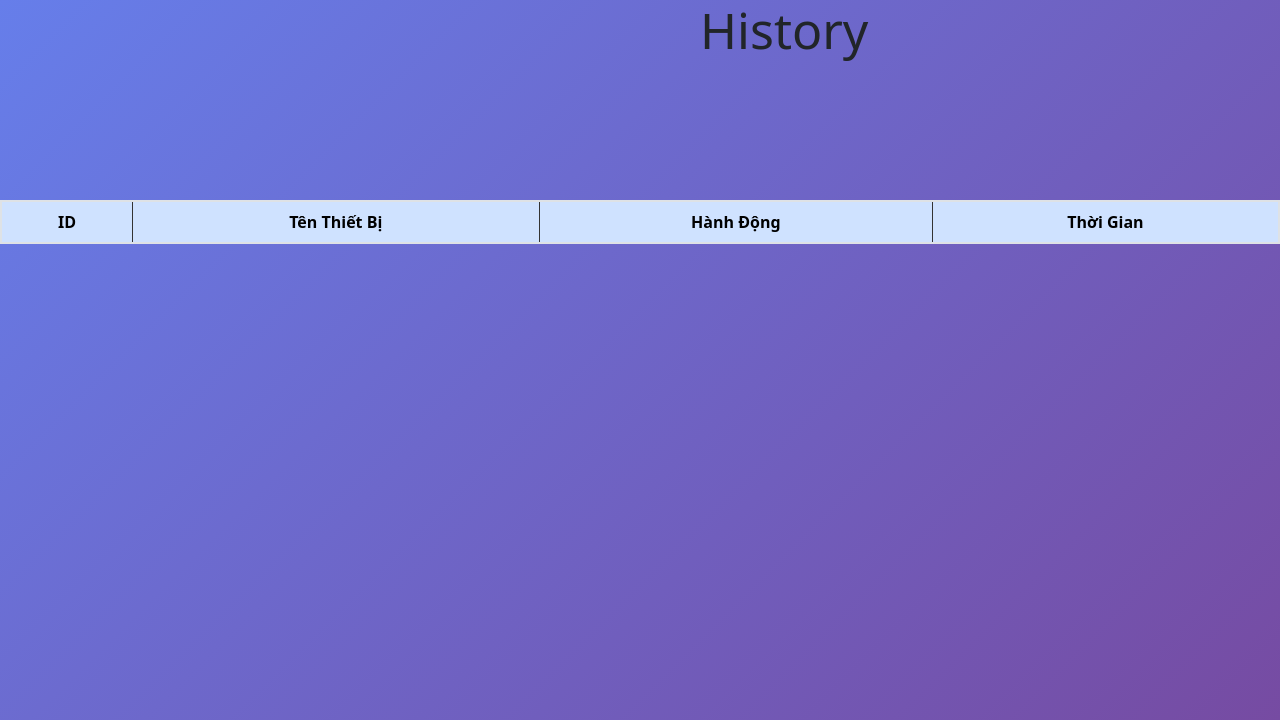
Repository: ndmq03102002/BTL_IOT
Page: Fontend_IOT/iot/history.html
These files come from the project's save history. The page is drawn as it stood at one moment and after the next save; the edit follows.
The browser window is 1280 px wide. The pictures show the whole page.

Above is the page before, as saved 2023-09-08 00:15:14.

After the next save:
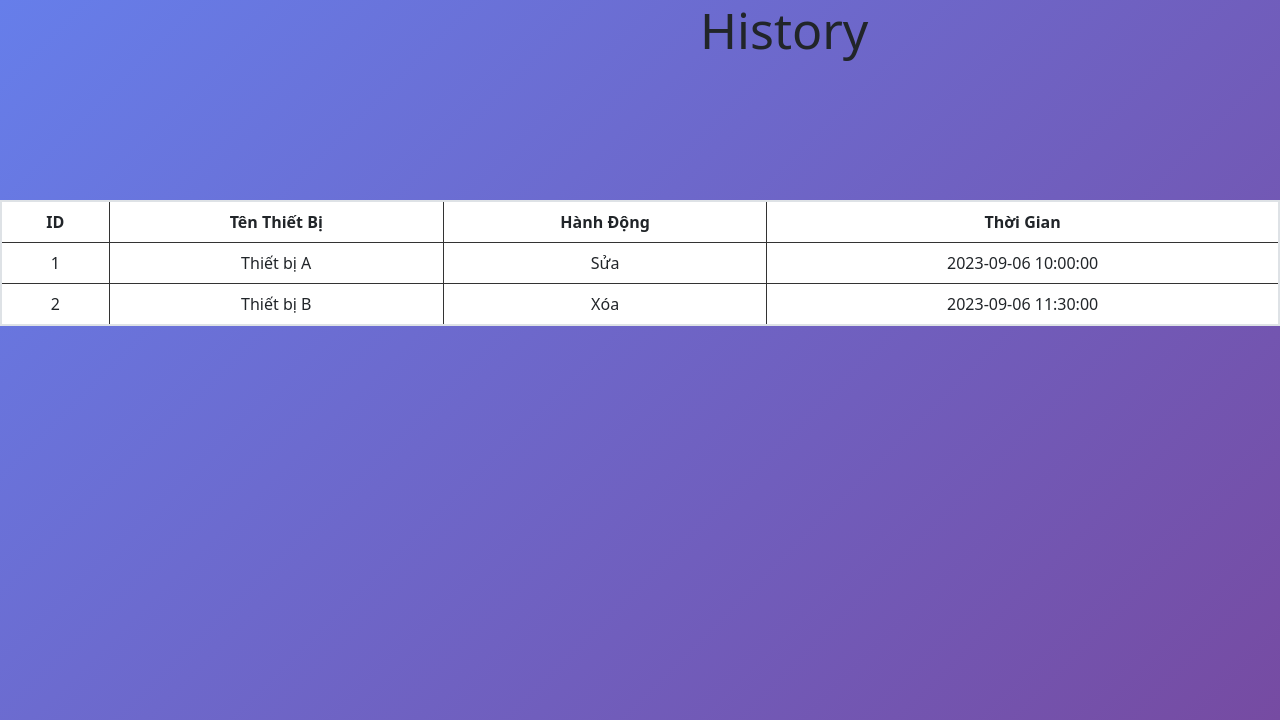
Saved 56 s later.
--- a/Fontend_IOT/iot/history.html
+++ b/Fontend_IOT/iot/history.html
@@ -45,17 +45,28 @@
     <h1 style="margin-left: 700px; font-size: 50px">History</h1>
 
     <table class="table table-hover">
-      <thead class="table-primary">
+      <thead>
         <tr>
-          <th>ID</th>
-          <th>Tên Thiết Bị</th>
-          <th>Hành Động</th>
-          <th>Thời Gian</th>
+            <th>ID</th>
+            <th>Tên Thiết Bị</th>
+            <th>Hành Động</th>
+            <th>Thời Gian</th>
         </tr>
-      </thead>
-      <tbody>
-        <!-- data from database -->
-      </tbody>
+    </thead>
+    <tbody>
+        <tr>
+            <td>1</td>
+            <td>Thiết bị A</td>
+            <td>Sửa</td>
+            <td>2023-09-06 10:00:00</td>
+        </tr>
+        <tr>
+            <td>2</td>
+            <td>Thiết bị B</td>
+            <td>Xóa</td>
+            <td>2023-09-06 11:30:00</td>
+        </tr>
+    </tbody>
     </table>
   </body>
 
